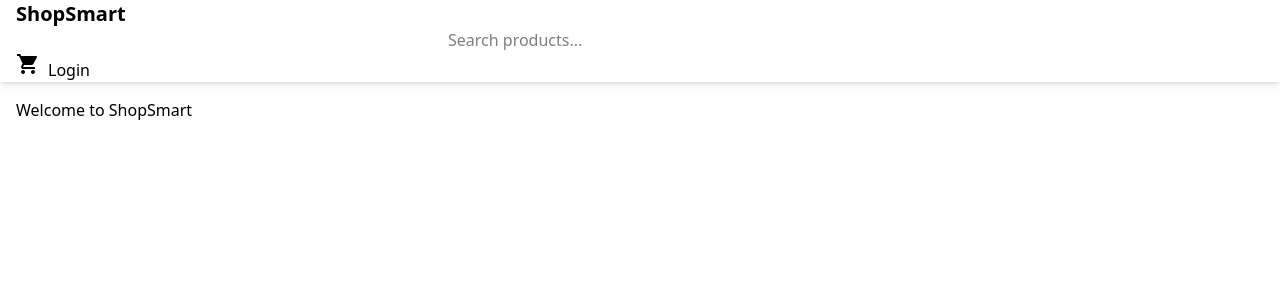
Repository: Yeshwanth-189/a-i-r
Page: / (app in client/)
The author's editor kept a copy of each file at every save. The page is drawn from the files as they stood at one save, then again after the next save.
The browser window is 1280 px wide. The pictures show the whole page.
The project was rebuilt for these pictures with package versions that can differ from the ones it lists, and the page was loaded fresh each time. Also part of the build but not shown: client/vite.config.js, client/src/App.css.

Above is the page before, as saved 2025-04-12 12:32:20.

### client/index.html
<!DOCTYPE html>
<html lang="en">
  <head>
    <meta charset="UTF-8" />
    <link rel="icon" type="image/svg+xml" href="/vite.svg" />
    <meta name="viewport" content="width=device-width, initial-scale=1.0" />
    <title>AI-R</title>
    <link rel="preconnect" href="https://fonts.googleapis.com" />
    <link rel="preconnect" href="https://fonts.gstatic.com" crossorigin />
    <link
      rel="stylesheet"
      href="https://fonts.googleapis.com/css2?family=Roboto:wght@300;400;500;700&display=swap"
    />
    <link
      rel="stylesheet"
      href="https://fonts.googleapis.com/icon?family=Material+Icons"
    />
  </head>
  <body>
    <div id="root"></div>
    <script type="module" src="/src/main.jsx"></script>
  </body>
</html>

### client/src/App.jsx
import "./App.css";
import Navbar from "./components/NavBar.jsx";

function App() {
  return (
    <>
      <div className="min-h-screen">
        <Navbar />
        {/* Other pages will go below */}
        <div className="p-4">Welcome to ShopSmart</div>
      </div>
    </>
  );
}

export default App;

### client/src/components/NavBar.jsx
import React from "react";

const Navbar = () => {
  return (
    <div className="navbar bg-base-100 px-4 shadow-md">
      <div className="flex-1">
        <a className="text-xl font-bold text-primary">ShopSmart</a>
      </div>

      <div className="hidden md:flex flex-1 justify-center">
        <input
          type="text"
          placeholder="Search products..."
          className="input input-bordered w-full max-w-sm"
        />
      </div>

      <div className="flex-none">
        <button className="btn btn-ghost btn-circle">
          <span className="material-icons">shopping_cart</span>
        </button>
        <button className="btn btn-outline btn-primary ml-2">Login</button>
      </div>
    </div>
  );
};

export default Navbar;

Loaded but not shown: client/src/main.jsx (common file); client/src/index.css (common file)

After the next save:
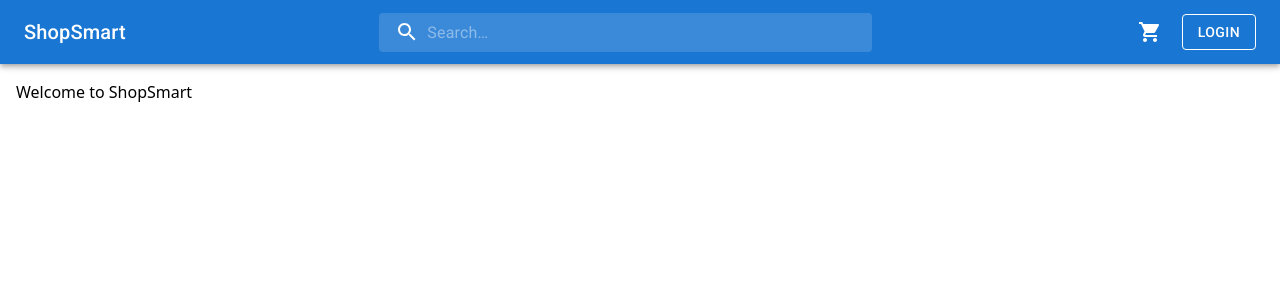
Saved 62 s later.
--- a/client/src/components/NavBar.jsx
+++ b/client/src/components/NavBar.jsx
@@ -1,27 +1,81 @@
 import React from "react";
+import AppBar from "@mui/material/AppBar";
+import Toolbar from "@mui/material/Toolbar";
+import Typography from "@mui/material/Typography";
+import IconButton from "@mui/material/IconButton";
+import InputBase from "@mui/material/InputBase";
+import ShoppingCartIcon from "@mui/icons-material/ShoppingCart";
+import SearchIcon from "@mui/icons-material/Search";
+import Button from "@mui/material/Button";
+import { alpha, styled } from "@mui/material/styles";
+
+const Search = styled("div")(({ theme }) => ({
+  position: "relative",
+  borderRadius: theme.shape.borderRadius,
+  backgroundColor: alpha("#ffffff", 0.15),
+  "&:hover": {
+    backgroundColor: alpha("#ffffff", 0.25),
+  },
+  marginLeft: 0,
+  width: "100%",
+  [theme.breakpoints.up("md")]: {
+    width: "40%",
+  },
+}));
+
+const SearchIconWrapper = styled("div")(({ theme }) => ({
+  padding: theme.spacing(0, 2),
+  height: "100%",
+  position: "absolute",
+  display: "flex",
+  alignItems: "center",
+  justifyContent: "center",
+}));
+
+const StyledInputBase = styled(InputBase)(({ theme }) => ({
+  color: "inherit",
+  width: "100%",
+  "& .MuiInputBase-input": {
+    padding: theme.spacing(1, 1, 1, 0),
+    paddingLeft: `calc(1em + ${theme.spacing(4)})`,
+  },
+}));
 
 const Navbar = () => {
   return (
-    <div className="navbar bg-base-100 px-4 shadow-md">
-      <div className="flex-1">
-        <a className="text-xl font-bold text-primary">ShopSmart</a>
-      </div>
+    <AppBar position="static" className="bg-black">
+      <Toolbar className="flex flex-col md:flex-row md:justify-between gap-2 md:gap-0">
+        {/* Brand Logo */}
+        <Typography variant="h6" noWrap component="div" className="text-white">
+          ShopSmart
+        </Typography>
 
-      <div className="hidden md:flex flex-1 justify-center">
-        <input
-          type="text"
-          placeholder="Search products..."
-          className="input input-bordered w-full max-w-sm"
-        />
-      </div>
+        {/* Search Bar */}
+        <Search>
+          <SearchIconWrapper>
+            <SearchIcon />
+          </SearchIconWrapper>
+          <StyledInputBase
+            placeholder="Search…"
+            inputProps={{ "aria-label": "search" }}
+          />
+        </Search>
 
-      <div className="flex-none">
-        <button className="btn btn-ghost btn-circle">
-          <span className="material-icons">shopping_cart</span>
-        </button>
-        <button className="btn btn-outline btn-primary ml-2">Login</button>
-      </div>
-    </div>
+        {/* Icons and Buttons */}
+        <div className="flex items-center gap-2">
+          <IconButton size="large" color="inherit">
+            <ShoppingCartIcon />
+          </IconButton>
+          <Button
+            variant="outlined"
+            color="inherit"
+            className="text-white border-white"
+          >
+            Login
+          </Button>
+        </div>
+      </Toolbar>
+    </AppBar>
   );
 };
 
